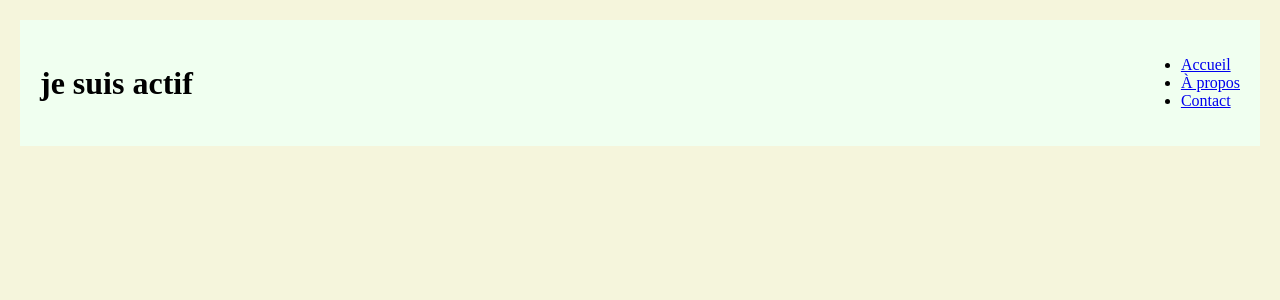
Repository: prestige225/prestige_services_et_finances
Page: PPL.HTML
These files come from the project's save history. The page is drawn as it stood at one moment and after the next save; the edit follows.
The browser window is 1280 px wide. The pictures show the whole page.

Above is the page before, as saved 2025-06-01 18:21:42.

### PPL.HTML

<!DOCTYPE html>
<html lang="en">
<head>
    <meta charset="UTF-8">
    <meta name="viewport" content="width=device-width, initial-scale=1.0">
    <title>Document</title>
</head>
<style>
    body {
        background-color: beige;
        margin: 0PX;
        padding: 0%;
    }
    header {
        background-color: rgb(240, 255, 240);
        padding: 20PX;
        margin: 20PX;
        display: flex;
        justify-content: space-between;
        align-items: center;
    }
</style>
<body>
    <header>
        <h1>
            je suis actif
        </h1>
        <nav>
            <ul>
                <li><a href="index.html">Accueil</a></li>
                <li><a href="about.html">À propos</a></li>
                <li><a href="contact.html">Contact</a></li>

                </li>
            </ul>

        </nav>
    </header>
</body>
</html>

After the next save:
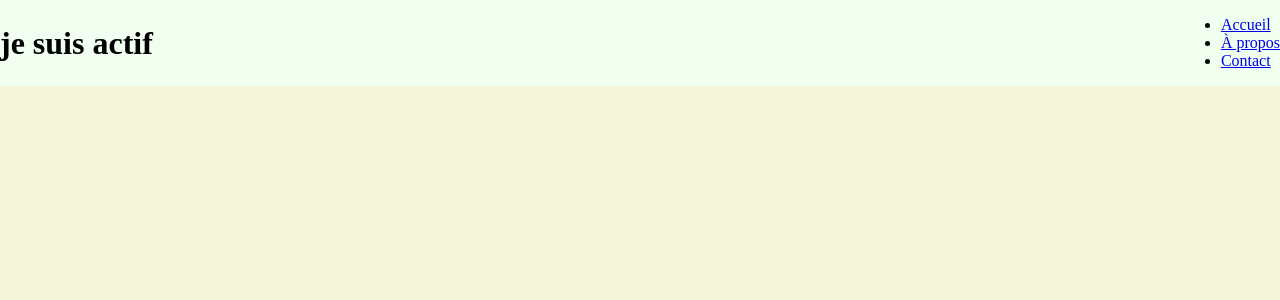
Saved 34 s later.
--- a/PPL.HTML
+++ b/PPL.HTML
@@ -14,8 +14,8 @@
     }
     header {
         background-color: rgb(240, 255, 240);
-        padding: 20PX;
-        margin: 20PX;
+        padding: 0PX;
+        margin: 0PX;
         display: flex;
         justify-content: space-between;
         align-items: center;
